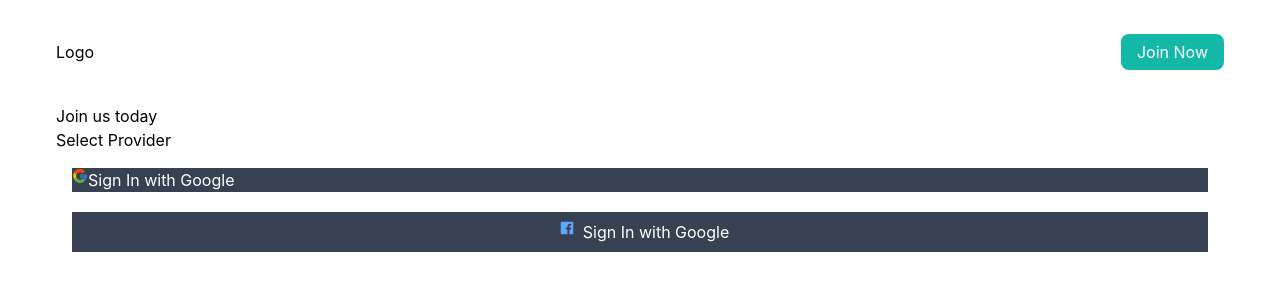
Repository: arafatmollah/auth-app
Page: /auth/login
The author's editor kept a copy of each file at every save. The page is drawn from the files as they stood at one save, then again after the next save.
The browser window is 1280 px wide. The pictures show the whole page.
The project was rebuilt for these pictures with package versions that can differ from the ones it lists, and the page was loaded fresh each time. The framework's server and built-in components were replaced by stand-ins that run in the browser. Also part of the build but not shown: next.config.js.

Above is the page before, as saved 2022-10-03 21:14:00.

After the next save:
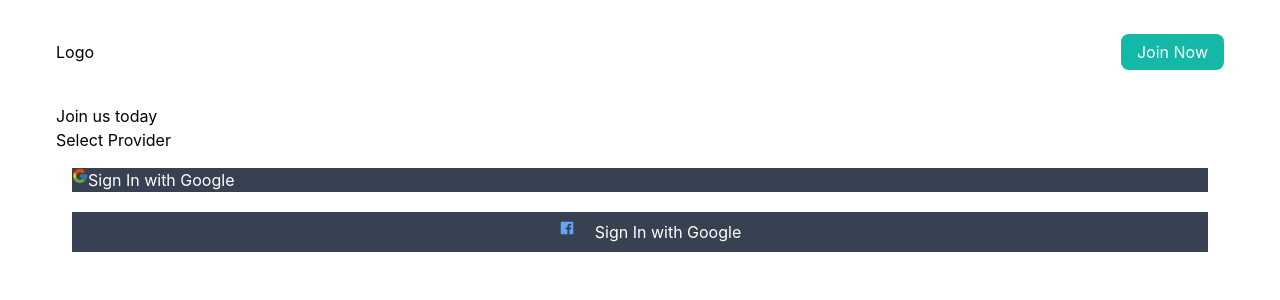
Saved 6 s later.
--- a/pages/auth/login.js
+++ b/pages/auth/login.js
@@ -13,7 +13,7 @@ export default function () {
                     <FcGoogle></FcGoogle>
                     Sign In with Google</button>
                 <button className='bg-gray-700 text-white mt-5 flex align-middle justify-center p-2'>
-                    <AiFillFacebook className='text-blue-400 mx-2'></AiFillFacebook>
+                    <AiFillFacebook className='text-blue-400 mx-5'></AiFillFacebook>
                     Sign In with Google</button>
             </div>
         </div>
